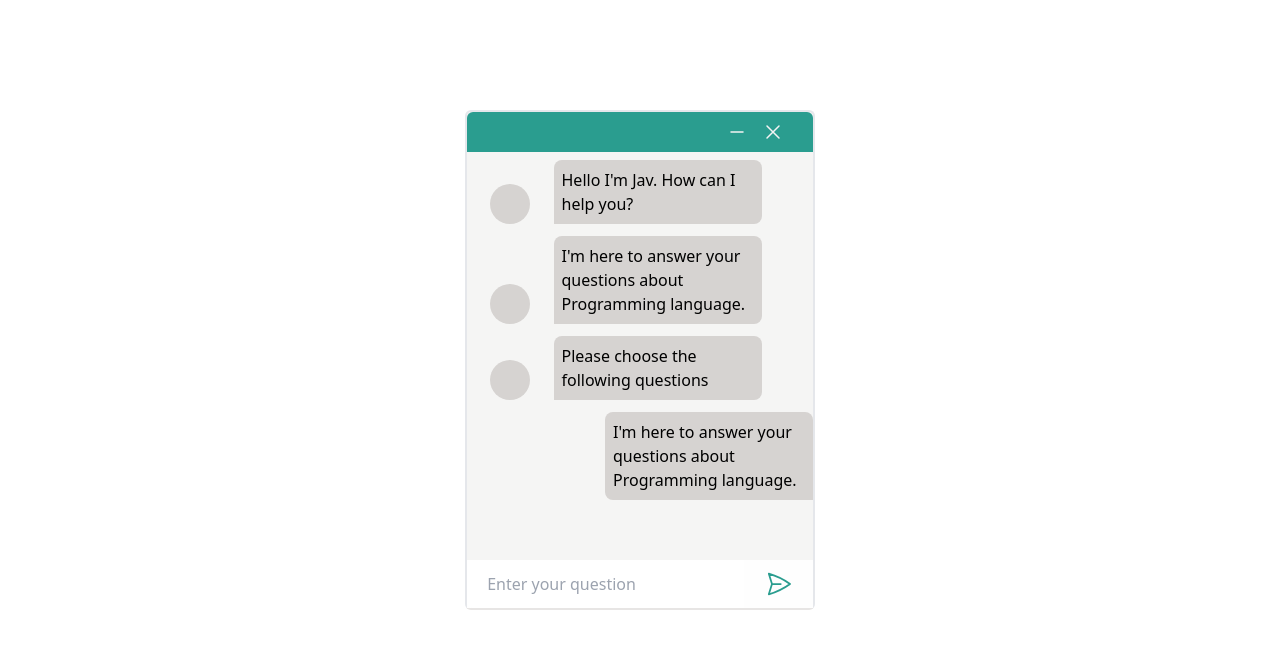
Repository: hsumyatm7308/Chatbot
Page: index.html
These files come from the project's save history. The page is drawn as it stood at one moment and after the next save; the edit follows.
The browser window is 1280 px wide. The pictures show the whole page.
Some web libraries are served in a nearby version.

Above is the page before, as saved 2023-07-09 12:32:57.

### index.html
<!DOCTYPE html>
<html>

<head>
    <title>Chat Bot</title>
    <script src="https://cdn.tailwindcss.com"></script>
</head>

<body class="bg-[#fffff]">

    <div class="w-screen h-screen flex justify-center items-center   container">
        <div class="w-[350px] h-[500px] bg-[#f4f4f4] border-2 border-b-stone-200 rounded-md relative chatbot-container">
            <div
                class="w-full h-10 text-[#f4f4f4] bg-[#2a9d8f] rounded-tl-md rounded-tr-md flex justify-end items-center">
                <svg xmlns="http://www.w3.org/2000/svg" fill="none" viewBox="0 0 24 24" stroke-width="1.5"
                    stroke="currentColor" class="w-6 h-6 mr-3">
                    <path stroke-linecap="round" stroke-linejoin="round" d="M18 12H6" />
                </svg>

                <svg xmlns="http://www.w3.org/2000/svg" fill="none" viewBox="0 0 24 24" stroke-width="1.5"
                    stroke="currentColor" class="w-6 h-6 mr-7">
                    <path stroke-linecap="round" stroke-linejoin="round" d="M6 18L18 6M6 6l12 12" />
                </svg>

            </div>

            <div class="w-full h-[410px] bg-stone-100 overflow-y-scroll">
                <div class="w-full grid grid-cols-4 flex profile-side mt-2 mb-3">
                    <div class="w-full h-auto flex justify-center items-end">
                        <div class="w-10 h-10 rounded-full bg-stone-300">

                        </div>
                    </div>
                    <div class=" col-span-3">
                        <div class="w-full h-auto ">
                            <div class="w-52 h-full bg-stone-300 rounded-lg rounded-bl-none p-2">
                                <span>Hello I'm Jav. How can I help you?</span>
                            </div>
                        </div>
                    </div>
                </div>


                <div class="w-full grid grid-cols-4 flex profile-side mt-2 mb-3">
                    <div class="w-full h-auto flex justify-center items-end">
                        <div class="w-10 h-10 rounded-full bg-stone-300">

                        </div>
                    </div>
                    <div class=" col-span-3">
                        <div class="w-full h-auto ">
                            <div class="w-52 h-full bg-stone-300 rounded-lg rounded-bl-none p-2">
                                <span>I'm here to answer your questions about Programming language.</span>
                            </div>
                        </div>
                    </div>
                </div>



                <div class="w-full grid grid-cols-4 flex profile-side mt-2 mb-3">
                    <div class="w-full h-auto flex justify-center items-end">
                        <div class="w-10 h-10 rounded-full bg-stone-300">

                        </div>
                    </div>
                    <div class=" col-span-3">
                        <div class="w-full h-auto ">
                            <div class="w-52 h-full bg-stone-300 rounded-lg rounded-bl-none p-2">
                                <span>
                                    <span>Please choose the following questions</span>
                                    <ul>
                                        <li><a href=""></a></li>
                                    </ul>
                                </span>
                            </div>
                        </div>
                    </div>
                </div>


                <!-- from cus -->
                <div class="w-full  flex justify-end  profile-side mt-2 mb-3">
                    <div>
                        <div class="w-full h-auto  flex justify-end">
                            <div class="w-52 h-full bg-stone-300 rounded-lg rounded-br-none  p-2">
                                <span>I'm here to answer your questions about Programming language.</span>
                            </div>
                        </div>
                    </div>



                </div>

            </div>




            <div class="w-full h-12 bg-red-100 absolute bottom-0 z-10">
                <form action="" class="w-full h-12 bg-[#fefefe] flex justify-between items-center">
                    <input type="text" class="w-[80%] h-full  rounded-bl-md p-4" placeholder=" Enter your question">

                    <button type="submit" class="mr-5">
                        <svg xmlns="http://www.w3.org/2000/svg" fill="none" viewBox="0 0 24 24" stroke-width="1.5"
                            stroke="currentColor" class="w-7 h-7 text-[#2a9d8f]">
                            <path stroke-linecap="round" stroke-linejoin="round"
                                d="M6 12L3.269 3.126A59.768 59.768 0 0121.485 12 59.77 59.77 0 013.27 20.876L5.999 12zm0 0h7.5" />
                        </svg>

                    </button>
                </form>
            </div>


        </div>


    </div>


</body>

</html>

After the next save:
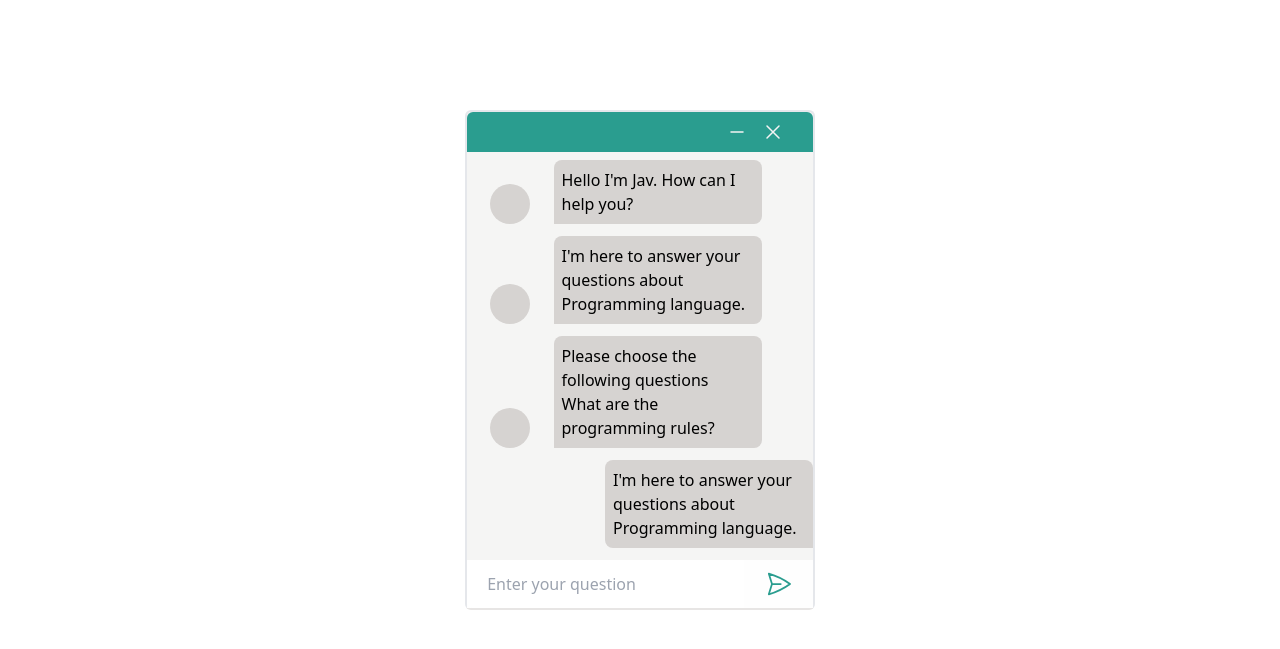
Saved 82 s later.
--- a/index.html
+++ b/index.html
@@ -70,7 +70,7 @@
                                 <span>
                                     <span>Please choose the following questions</span>
                                     <ul>
-                                        <li><a href=""></a></li>
+                                        <li><a href="">What are the programming rules?</a></li>
                                     </ul>
                                 </span>
                             </div>
